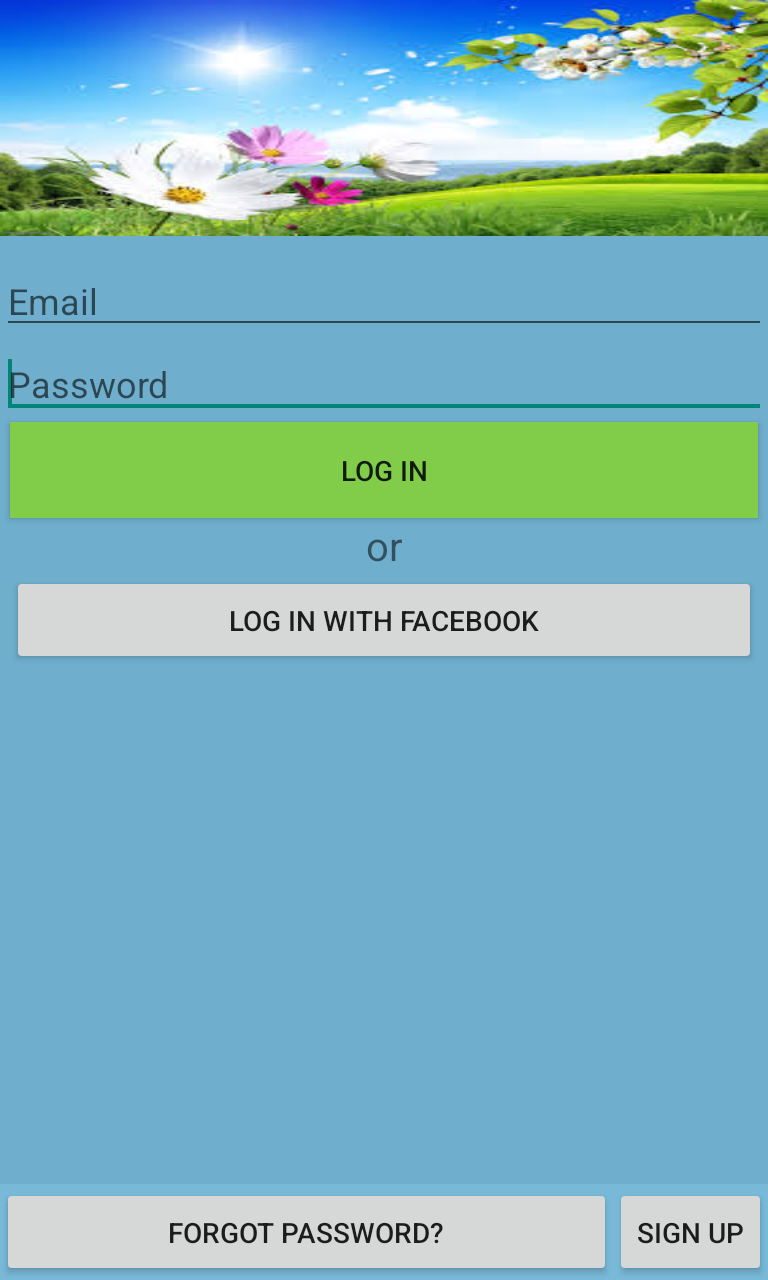
Repository: adarshnair13/my-project
Layout: ash/res/layout/activity_main.xml
An editor plug-in stored every save of this project. The layout is shown before and after the next save, followed by the edit.
It is drawn on a 768 x 1280 px phone screen (xhdpi) without system bars, with theme AppTheme; the app's code is not run.

Above is the layout before, as saved 2015-02-02 23:31:54.

### ash/res/layout/activity_main.xml
<RelativeLayout xmlns:android="http://schemas.android.com/apk/res/android"
    xmlns:tools="http://schemas.android.com/tools"
    android:id="@+id/RelativeLayout1"
    android:layout_width="match_parent"
    android:layout_height="match_parent"
    android:background="#79B9D8"
    android:orientation="vertical"
    tools:context="com.adarsh.ash.MainActivity" >

    <Button
        android:id="@+id/button3"
        style="?android:attr/buttonStyleSmall"
        android:layout_width="match_parent"
        android:layout_height="wrap_content"
        android:layout_alignParentBottom="true"
        android:layout_alignParentLeft="true"
        android:layout_toLeftOf="@+id/button4"
        android:text="Forgot Password?" />

    <Button
        android:id="@+id/button4"
        style="?android:attr/buttonStyleSmall"
        android:layout_width="wrap_content"
        android:layout_height="wrap_content"
        android:layout_alignParentBottom="true"
        android:layout_alignParentRight="true"
        android:text="Sign Up" />

    <LinearLayout
        android:layout_width="match_parent"
        android:layout_height="wrap_content"
        android:layout_above="@+id/button4"
        android:layout_alignParentTop="true"
        android:background="#6FAFCD"
        android:orientation="vertical" >

        <ImageView
            android:id="@+id/imageView1"
            android:layout_width="match_parent"
            android:layout_height="wrap_content"
            android:scaleType="fitXY"
            android:src="@drawable/nock" />

        <EditText
            android:id="@+id/editText1"
            android:layout_width="match_parent"
            android:layout_height="wrap_content"
            android:layout_marginTop="10dp"
            android:ems="10"
            android:hint="Email"
            android:inputType="textEmailAddress" />

        <EditText
            android:id="@+id/editText2"
            android:layout_width="match_parent"
            android:layout_height="wrap_content"
            android:ems="10"
            android:hint="Password"
            android:inputType="numberPassword" >

            <requestFocus />
        </EditText>

        <Button
            android:id="@+id/button1"
            style="?android:attr/buttonStyleSmall"
            android:layout_width="match_parent"
            android:layout_height="wrap_content"
            android:layout_marginLeft="5dp"
            android:layout_marginRight="5dp"
            android:background="#81CD4A"
            android:text="Log In" />

        <TextView
            android:id="@+id/textView1"
            android:layout_width="match_parent"
            android:layout_height="wrap_content"
            android:gravity="center"
            android:text="or"
            android:textSize="20sp" />

        <Button
            android:id="@+id/button2"
            style="?android:attr/buttonStyleSmall"
            android:layout_width="match_parent"
            android:layout_height="wrap_content"
            android:layout_marginLeft="5dp"
            android:layout_marginRight="5dp"
            android:text="Log In with Facebook" />
    </LinearLayout>

</RelativeLayout>

Loaded but not shown: ash/res/values/styles.xml (common file); ash/res/values-v11/styles.xml (common file); ash/res/values-v14/styles.xml (common file)

After the next save:
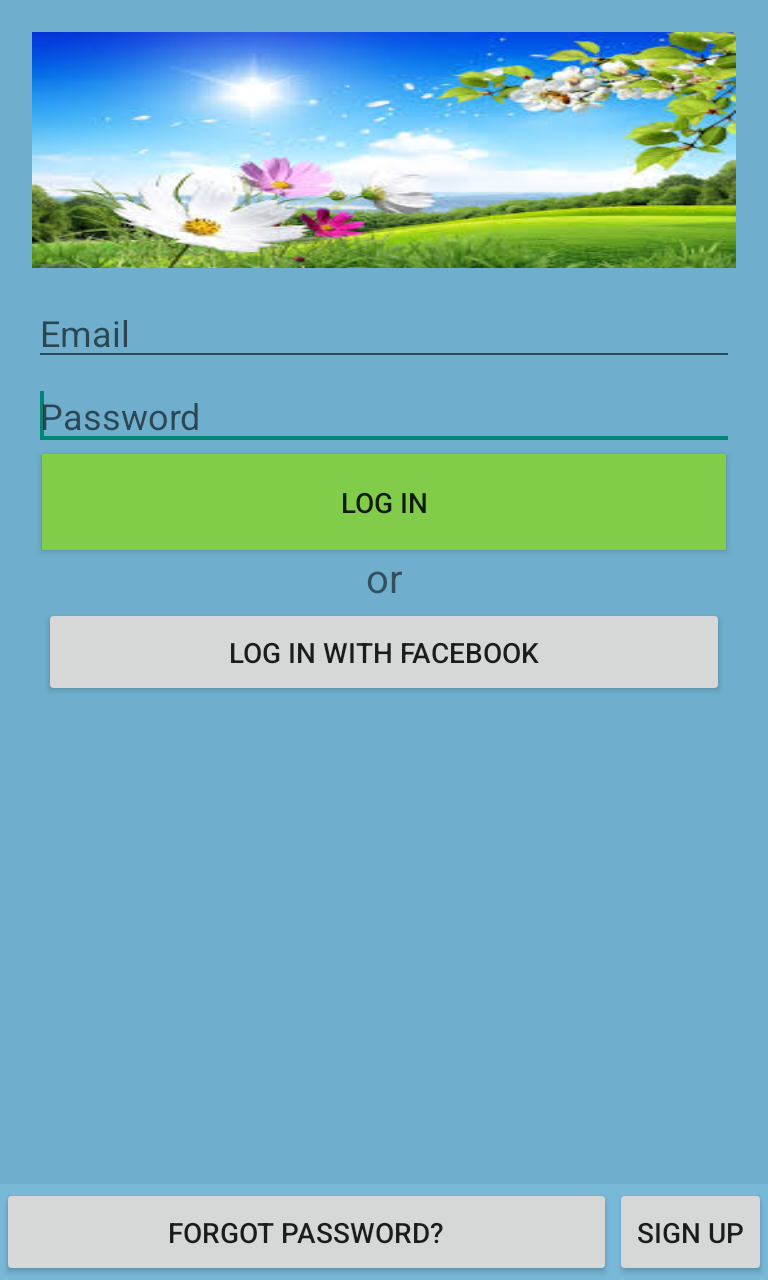
Saved 112 s later.
--- a/ash/res/layout/activity_main.xml
+++ b/ash/res/layout/activity_main.xml
@@ -30,6 +30,7 @@
         android:layout_width="match_parent"
         android:layout_height="wrap_content"
         android:layout_above="@+id/button4"
+        android:padding="16dp"
         android:layout_alignParentTop="true"
         android:background="#6FAFCD"
         android:orientation="vertical" >
